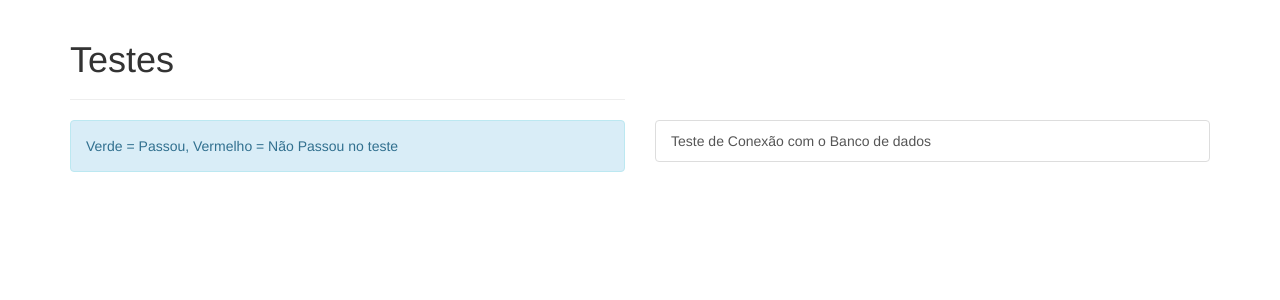
Repository: JulioCesarSF/NAC_INTEGRADA
Page: http://localhost/NAC_INTEGRADA_2SEMESTRE/testes.jsp
These files come from the project's save history. The page is drawn as it stood at one moment and after the next save; the edit follows.
The browser window is 1280 px wide. The pictures show the whole page.
The page is served by Tomcat 9. Other server files are loaded and not shown. The template is opened directly, without the code that normally fills it, so the values that code supplies are empty.

Above is the page before, as saved 2016-10-07 18:30:23.

### NAC_INTEGRADA_2SEMESTRE/WebContent/testes.jsp
<%@ page language="java" contentType="text/html; charset=ISO-8859-1"
	pageEncoding="ISO-8859-1"%>
<!DOCTYPE html PUBLIC "-//W3C//DTD HTML 4.01 Transitional//EN" "http://www.w3.org/TR/html4/loose.dtd">
<html>
<head>
<meta http-equiv="Content-Type" content="text/html; charset=ISO-8859-1">
<title>Página de Teste</title>
<%@ include file="includes.jsp"%>
</head>
<body>

	<div class="container">

		<div class="row">
			<div class="col-md-6">
				<div class="page-header">
					<h1>Testes</h1>
				</div>
			</div>
		</div>

		<div class="row">
			<div class="col-md-6">
				<div class="alert alert-info">Verde = Passou, Vermelho = Não
					Passou no teste</div>
			</div>
			<div class="col-md-6">
				<div class="list-group">
					<c:url value="testes" var="testeConexao">
						<c:param name="acao" value="testeConexao" />
					</c:url>
					<a href="${testeConexao }"
						class="list-group-item ${retornoTesteConexao }">Teste de
						Conexão com o Banco de dados </a>
				</div>
			</div>
		</div>
	</div>

</body>
</html>

### NAC_INTEGRADA_2SEMESTRE/WebContent/includes.jsp
<!-- jQuery 3.1.0 -->
<script src="js/jquery-3.1.0.min.js"></script>
<!-- Bootstrap 3.3.7 -->
<link rel="stylesheet" type="text/css" href="css/bootstrap.min.css">
<script src="js/bootstrap.min.js"></script>
<!-- rodape
<link rel="stylesheet" type="text/css" href="css/rodape.css">
-->
<!-- outros.css
1) Desabilitar resize de textarea
 -->
<link rel="stylesheet" type="text/css" href="css/outros.css">

<!-- jstl -->
<%@ taglib prefix="c" uri="http://java.sun.com/jsp/jstl/core" %>
<%@ taglib prefix="fmt" uri="http://java.sun.com/jsp/jstl/fmt" %>


<!-- CDN
<script src="//ajax.googleapis.com/ajax/libs/jquery/1.11.0/jquery.min.js"></script>
<script src="//netdna.bootstrapcdn.com/bootstrap/3.1.1/js/bootstrap.min.js"></script>
<link rel="stylesheet" type="text/css" href="//netdna.bootstrapcdn.com/bootstrap/3.1.1/css/bootstrap.min.css">
 -->

### NAC_INTEGRADA_2SEMESTRE/WebContent/css/outros.css
/*desabilitar resize textarea*/
textarea{
	resize: none;
}

Loaded but not shown: NAC_INTEGRADA_2SEMESTRE/WebContent/js/jquery-3.1.0.min.js (library); NAC_INTEGRADA_2SEMESTRE/WebContent/css/bootstrap.min.css (library); NAC_INTEGRADA_2SEMESTRE/WebContent/js/bootstrap.min.js (library)

After the next save:
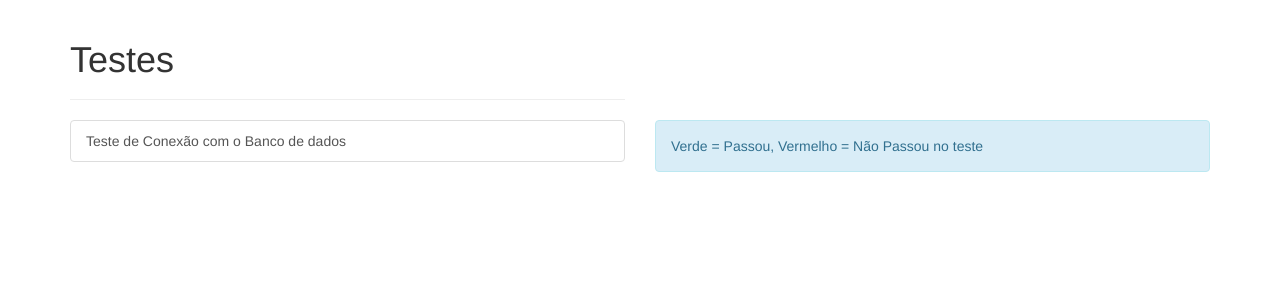
Saved 20 s later.
--- a/NAC_INTEGRADA_2SEMESTRE/WebContent/testes.jsp
+++ b/NAC_INTEGRADA_2SEMESTRE/WebContent/testes.jsp
@@ -21,10 +21,6 @@
 
 		<div class="row">
 			<div class="col-md-6">
-				<div class="alert alert-info">Verde = Passou, Vermelho = Não
-					Passou no teste</div>
-			</div>
-			<div class="col-md-6">
 				<div class="list-group">
 					<c:url value="testes" var="testeConexao">
 						<c:param name="acao" value="testeConexao" />
@@ -34,6 +30,12 @@
 						Conexão com o Banco de dados </a>
 				</div>
 			</div>
+
+
+			<div class="col-md-6">
+				<div class="alert alert-info">Verde = Passou, Vermelho = Não
+					Passou no teste</div>
+			</div>
 		</div>
 	</div>
 
